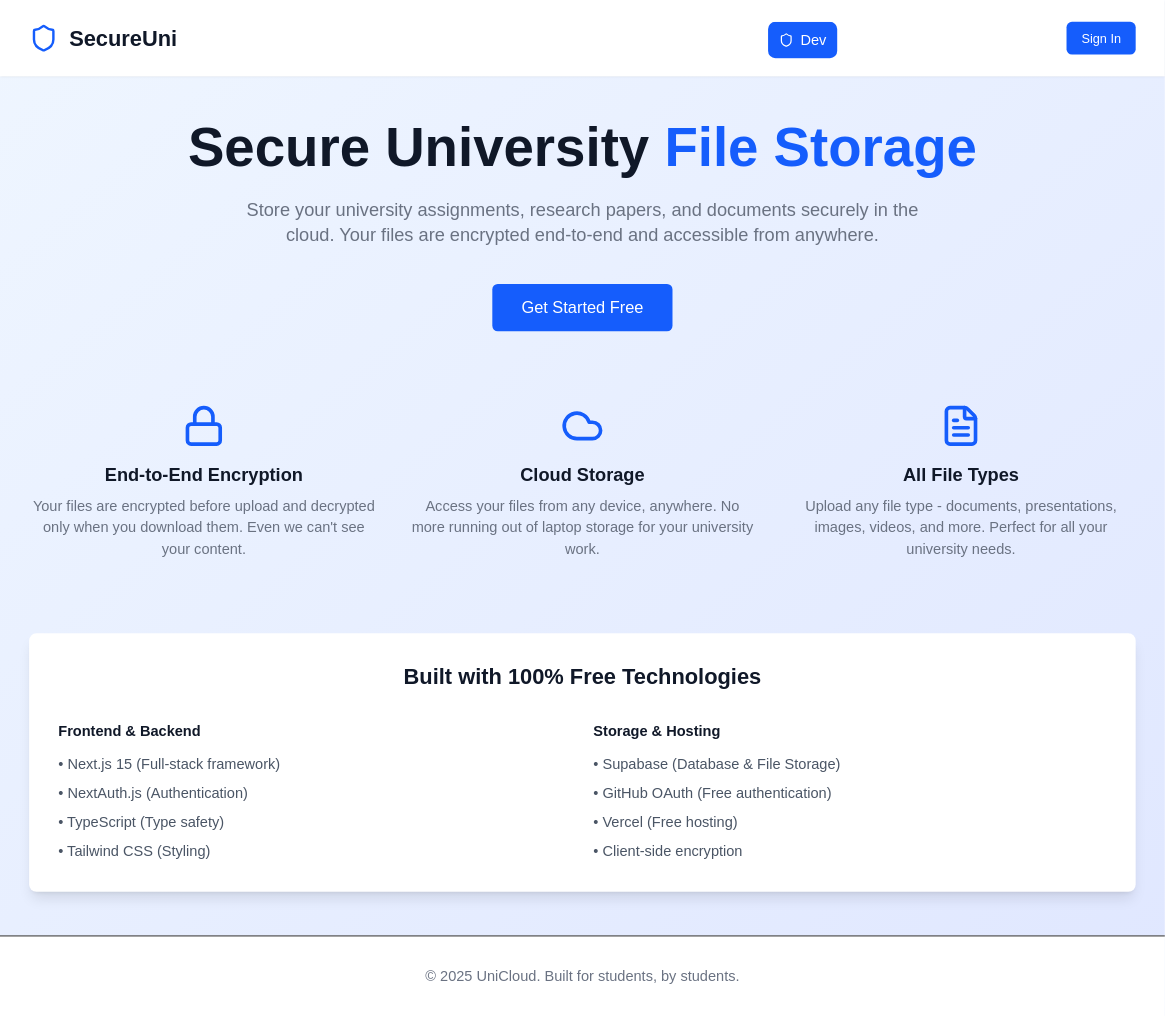
Repository: DiwanMalla/UniCloud
Page: /
The author's editor kept a copy of each file at every save. The page is drawn from the files as they stood at one save, then again after the next save.
The browser window is 1280 px wide. The pictures show the whole page, at 91% of full size.
The page's requests for data from a server got no answer. The project was rebuilt for these pictures with package versions that can differ from the ones it lists, and the page was loaded fresh each time. The framework's server and built-in components were replaced by stand-ins that run in the browser. No one was signed in, and anything a server would have sent is missing. Also part of the build but not shown: next.config.ts.

Above is the page before, as saved 2025-08-31 16:01:25.

### src/app/layout.tsx
import type { Metadata } from "next";
import { Geist, Geist_Mono } from "next/font/google";
import "./globals.css";
import { AuthProvider } from "@/components/AuthProvider";

const geistSans = Geist({
  variable: "--font-geist-sans",
  subsets: ["latin"],
});

const geistMono = Geist_Mono({
  variable: "--font-geist-mono",
  subsets: ["latin"],
});

export const metadata: Metadata = {
  title: "UniCloud - Secure University File Storage",
  description:
    "Secure, encrypted cloud storage platform for university students. Organize assignments, notes, and academic resources with subject-based folders and military-grade encryption.",
  keywords:
    "university, file storage, secure, encrypted, academic, assignments, cloud storage, student, education",
  authors: [{ name: "UniCloud Team" }],
  openGraph: {
    title: "UniCloud - Secure University File Storage",
    description:
      "Secure, encrypted cloud storage for university files and assignments",
    type: "website",
  },
  robots: "index, follow",
};

export default function RootLayout({
  children,
}: Readonly<{
  children: React.ReactNode;
}>) {
  return (
    <html lang="en">
      <body
        className={`${geistSans.variable} ${geistMono.variable} antialiased`}
      >
        <AuthProvider>{children}</AuthProvider>
      </body>
    </html>
  );
}

### src/app/page.tsx
"use client";

import { useSession } from "next-auth/react";
import { useRouter } from "next/navigation";
import { useEffect, useState } from "react";
import { Shield, Cloud, Lock, FileText, X } from "lucide-react";

export default function Home() {
  const { data: session, status } = useSession();
  const router = useRouter();
  const [showDeveloperModal, setShowDeveloperModal] = useState(false);

  useEffect(() => {
    if (session) {
      router.push("/file-upload");
    }
  }, [session, router]);

  if (status === "loading") {
    return (
      <div className="min-h-screen flex items-center justify-center">
        <div className="text-lg">Loading...</div>
      </div>
    );
  }

  if (session) {
    return (
      <div className="min-h-screen flex items-center justify-center">
        <div className="text-lg">Redirecting...</div>
      </div>
    );
  }

  return (
    <div className="min-h-screen bg-gradient-to-br from-blue-50 to-indigo-100">
      {/* Developer Button - Fixed Position */}
      <button
        onClick={() => setShowDeveloperModal(true)}
        className="fixed top-6 right-90 bg-blue-600 hover:bg-blue-700 text-white px-3 py-2 rounded-lg transition-colors flex items-center gap-2 z-10"
        title="Developer Info"
      >
        <Shield className="w-4 h-4" />
        Dev
      </button>

      {/* Header */}
      <header className="bg-white shadow-sm">
        <div className="max-w-7xl mx-auto px-4 sm:px-6 lg:px-8">
          <div className="flex justify-between items-center py-6">
            <div className="flex items-center">
              <Shield className="h-8 w-8 text-blue-600 mr-3" />
              <h1 className="text-2xl font-bold text-gray-900">SecureUni</h1>
            </div>
            <button
              onClick={() => router.push("/auth/signin")}
              className="bg-blue-600 hover:bg-blue-700 text-white px-4 py-2 rounded-md text-sm font-medium"
            >
              Sign In
            </button>
          </div>
        </div>
      </header>

      {/* Hero Section */}
      <main className="max-w-7xl mx-auto px-4 sm:px-6 lg:px-8 py-12">
        <div className="text-center">
          <h2 className="text-4xl font-extrabold text-gray-900 sm:text-6xl">
            Secure University
            <span className="text-blue-600"> File Storage</span>
          </h2>
          <p className="mt-6 text-xl text-gray-500 max-w-3xl mx-auto">
            Store your university assignments, research papers, and documents
            securely in the cloud. Your files are encrypted end-to-end and
            accessible from anywhere.
          </p>
          <div className="mt-10">
            <button
              onClick={() => router.push("/auth/signin")}
              className="bg-blue-600 hover:bg-blue-700 text-white px-8 py-3 rounded-md text-lg font-medium"
            >
              Get Started Free
            </button>
          </div>
        </div>

        {/* Features */}
        <div className="mt-20">
          <div className="grid md:grid-cols-3 gap-8">
            <div className="text-center">
              <div className="flex justify-center">
                <Lock className="h-12 w-12 text-blue-600" />
              </div>
              <h3 className="mt-4 text-xl font-semibold text-gray-900">
                End-to-End Encryption
              </h3>
              <p className="mt-2 text-gray-500">
                Your files are encrypted before upload and decrypted only when
                you download them. Even we can&apos;t see your content.
              </p>
            </div>

            <div className="text-center">
              <div className="flex justify-center">
                <Cloud className="h-12 w-12 text-blue-600" />
              </div>
              <h3 className="mt-4 text-xl font-semibold text-gray-900">
                Cloud Storage
              </h3>
              <p className="mt-2 text-gray-500">
                Access your files from any device, anywhere. No more running out
                of laptop storage for your university work.
              </p>
            </div>

            <div className="text-center">
              <div className="flex justify-center">
                <FileText className="h-12 w-12 text-blue-600" />
              </div>
              <h3 className="mt-4 text-xl font-semibold text-gray-900">
                All File Types
              </h3>
              <p className="mt-2 text-gray-500">
                Upload any file type - documents, presentations, images, videos,
                and more. Perfect for all your university needs.
              </p>
            </div>
          </div>
        </div>

        {/* Tech Stack */}
        <div className="mt-20 bg-white rounded-lg shadow-lg p-8">
          <h3 className="text-2xl font-bold text-gray-900 text-center mb-8">
            Built with 100% Free Technologies
          </h3>
          <div className="grid md:grid-cols-2 gap-6">
            <div>
              <h4 className="font-semibold text-gray-900 mb-3">
                Frontend & Backend
              </h4>
              <ul className="space-y-2 text-gray-600">
                <li>• Next.js 15 (Full-stack framework)</li>
                <li>• NextAuth.js (Authentication)</li>
                <li>• TypeScript (Type safety)</li>
                <li>• Tailwind CSS (Styling)</li>
              </ul>
            </div>
            <div>
              <h4 className="font-semibold text-gray-900 mb-3">
                Storage & Hosting
              </h4>
              <ul className="space-y-2 text-gray-600">
                <li>• Supabase (Database & File Storage)</li>
                <li>• GitHub OAuth (Free authentication)</li>
                <li>• Vercel (Free hosting)</li>
                <li>• Client-side encryption</li>
              </ul>
            </div>
          </div>
        </div>
      </main>

      {/* Footer */}
      <footer className="bg-white border-t">
        <div className="max-w-7xl mx-auto px-4 sm:px-6 lg:px-8 py-8">
          <div className="text-center text-gray-500">
            <p>&copy; 2025 UniCloud. Built for students, by students.</p>
          </div>
        </div>
      </footer>

      {/* Developer Info Modal */}
      {showDeveloperModal && (
        <div className="fixed inset-0 bg-black bg-opacity-50 flex items-center justify-center z-50">
          <div className="bg-white rounded-xl p-6 w-full max-w-md mx-4">
            <div className="flex justify-between items-center mb-4">
              <h3 className="text-lg font-semibold text-gray-900">
                Developer Info
              </h3>
              <button
                onClick={() => setShowDeveloperModal(false)}
                className="text-gray-400 hover:text-gray-600"
              >
                <X className="w-5 h-5" />
              </button>
            </div>
            <div className="space-y-4">
              <div className="text-center">
                <div className="bg-gradient-to-r from-blue-600 to-purple-600 rounded-full w-20 h-20 mx-auto mb-4 flex items-center justify-center">
                  <Shield className="w-10 h-10 text-white" />
                </div>
                <h4 className="text-xl font-bold text-gray-900 mb-2">
                  Diwan Malla
                </h4>
                <p className="text-gray-600 mb-4">Full-Stack Developer</p>
              </div>

              <div className="bg-gray-50 rounded-lg p-4">
                <h5 className="font-semibold text-gray-900 mb-2">
                  About UniCloud
                </h5>
                <p className="text-sm text-gray-600 mb-3">
                  A secure, encrypted file storage platform built specifically
                  for university students. Features AES-256 encryption,
                  subject-based organization, and beautiful UI.
                </p>
                <div className="grid grid-cols-2 gap-2 text-xs">
                  <div className="bg-white rounded p-2">
                    <strong>Framework:</strong> Next.js 15
                  </div>
                  <div className="bg-white rounded p-2">
                    <strong>Database:</strong> Supabase
                  </div>
                  <div className="bg-white rounded p-2">
                    <strong>Auth:</strong> GitHub OAuth
                  </div>
                  <div className="bg-white rounded p-2">
                    <strong>Encryption:</strong> AES-256
                  </div>
                </div>
              </div>

              <div className="space-y-3">
                <a
                  href="https://github.com/DiwanMalla"
                  target="_blank"
                  rel="noopener noreferrer"
                  className="flex items-center justify-center w-full bg-gray-900 text-white py-2 rounded-lg hover:bg-gray-800 transition-colors"
                >
                  <svg
                    className="w-5 h-5 mr-2"
                    fill="currentColor"
                    viewBox="0 0 24 24"
                  >
                    <path d="M12 0C5.37 0 0 5.37 0 12c0 5.31 3.435 9.795 8.205 11.385.6.105.825-.255.825-.57 0-.285-.015-1.23-.015-2.235-3.015.555-3.795-.735-4.035-1.41-.135-.345-.72-1.41-1.23-1.695-.42-.225-1.02-.78-.015-.795.945-.015 1.62.87 1.845 1.23 1.08 1.815 2.805 1.305 3.495.99.105-.78.42-1.305.765-1.605-2.67-.3-5.46-1.335-5.46-5.925 0-1.305.465-2.385 1.23-3.225-.12-.3-.54-1.53.12-3.18 0 0 1.005-.315 3.3 1.23.96-.27 1.98-.405 3-.405s2.04.135 3 .405c2.295-1.56 3.3-1.23 3.3-1.23.66 1.65.24 2.88.12 3.18.765.84 1.23 1.905 1.23 3.225 0 4.605-2.805 5.625-5.475 5.925.435.375.81 1.095.81 2.22 0 1.605-.015 2.895-.015 3.3 0 .315.225.69.825.57A12.02 12.02 0 0024 12c0-6.63-5.37-12-12-12z" />
                  </svg>
                  View GitHub Profile
                </a>
                <a
                  href="https://github.com/DiwanMalla/UniCloud"
                  target="_blank"
                  rel="noopener noreferrer"
                  className="flex items-center justify-center w-full bg-blue-600 text-white py-2 rounded-lg hover:bg-blue-700 transition-colors"
                >
                  <svg
                    className="w-5 h-5 mr-2"
                    fill="currentColor"
                    viewBox="0 0 24 24"
                  >
                    <path d="M12 0C5.37 0 0 5.37 0 12c0 5.31 3.435 9.795 8.205 11.385.6.105.825-.255.825-.57 0-.285-.015-1.23-.015-2.235-3.015.555-3.795-.735-4.035-1.41-.135-.345-.72-1.41-1.23-1.695-.42-.225-1.02-.78-.015-.795.945-.015 1.62.87 1.845 1.23 1.08 1.815 2.805 1.305 3.495.99.105-.78.42-1.305.765-1.605-2.67-.3-5.46-1.335-5.46-5.925 0-1.305.465-2.385 1.23-3.225-.12-.3-.54-1.53.12-3.18 0 0 1.005-.315 3.3 1.23.96-.27 1.98-.405 3-.405s2.04.135 3 .405c2.295-1.56 3.3-1.23 3.3-1.23.66 1.65.24 2.88.12 3.18.765.84 1.23 1.905 1.23 3.225 0 4.605-2.805 5.625-5.475 5.925.435.375.81 1.095.81 2.22 0 1.605-.015 2.895-.015 3.3 0 .315.225.69.825.57A12.02 12.02 0 0024 12c0-6.63-5.37-12-12-12z" />
                  </svg>
                  View Project Repository
                </a>
              </div>

              <div className="text-center pt-2">
                <p className="text-xs text-gray-500">
                  Built with ❤️ for university students worldwide
                </p>
                <p className="text-xs text-gray-400 mt-1">
                  © 2025 UniCloud. All rights reserved.
                </p>
              </div>
            </div>
          </div>
        </div>
      )}
    </div>
  );
}

Loaded but not shown: src/app/globals.css (common file); src/components/AuthProvider.tsx (common file)

After the next save:
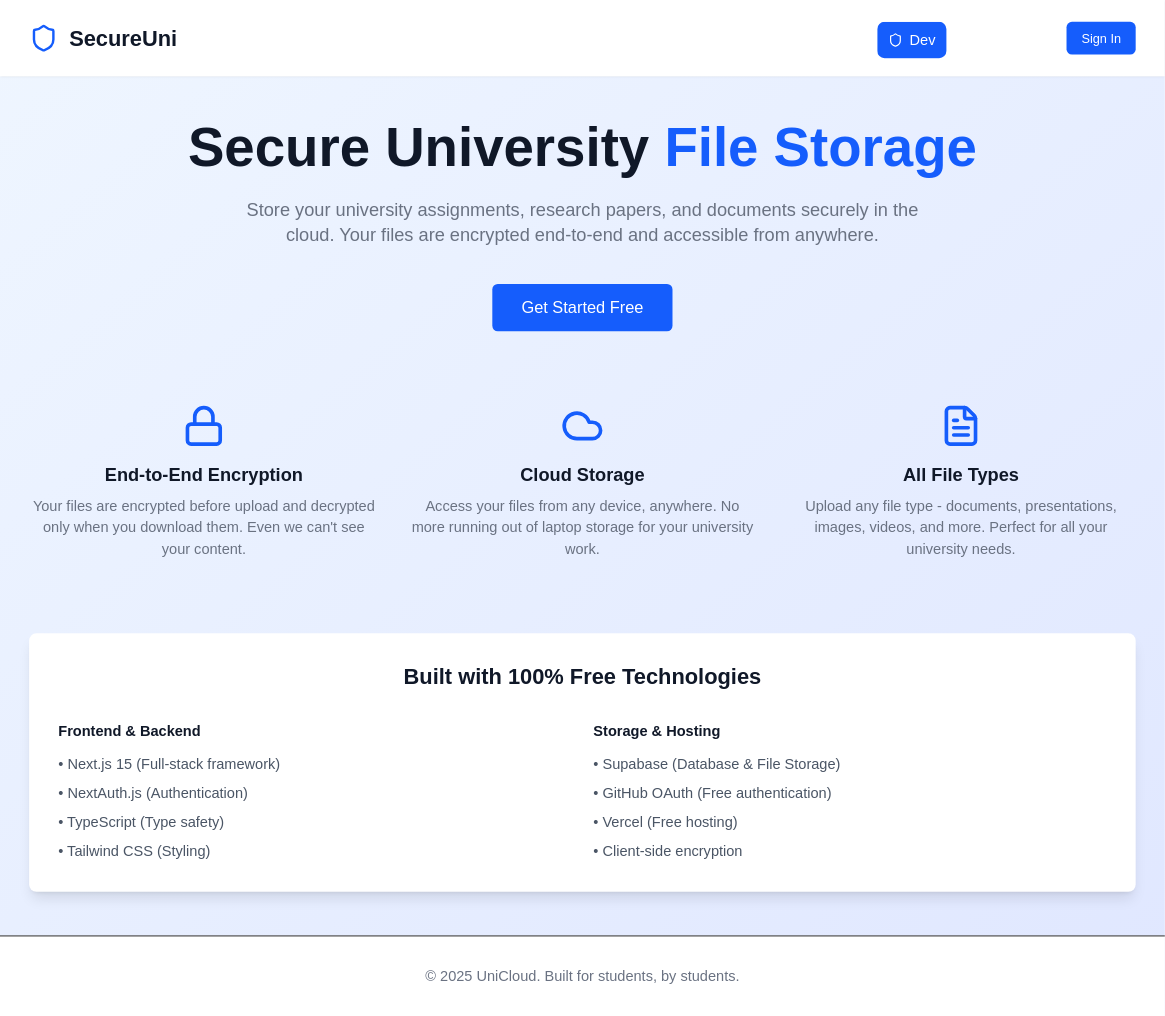
Saved 11 s later.
--- a/src/app/page.tsx
+++ b/src/app/page.tsx
@@ -37,7 +37,7 @@
       {/* Developer Button - Fixed Position */}
       <button
         onClick={() => setShowDeveloperModal(true)}
-        className="fixed top-6 right-90 bg-blue-600 hover:bg-blue-700 text-white px-3 py-2 rounded-lg transition-colors flex items-center gap-2 z-10"
+        className="fixed top-6 right-60 bg-blue-600 hover:bg-blue-700 text-white px-3 py-2 rounded-lg transition-colors flex items-center gap-2 z-10"
         title="Developer Info"
       >
         <Shield className="w-4 h-4" />
